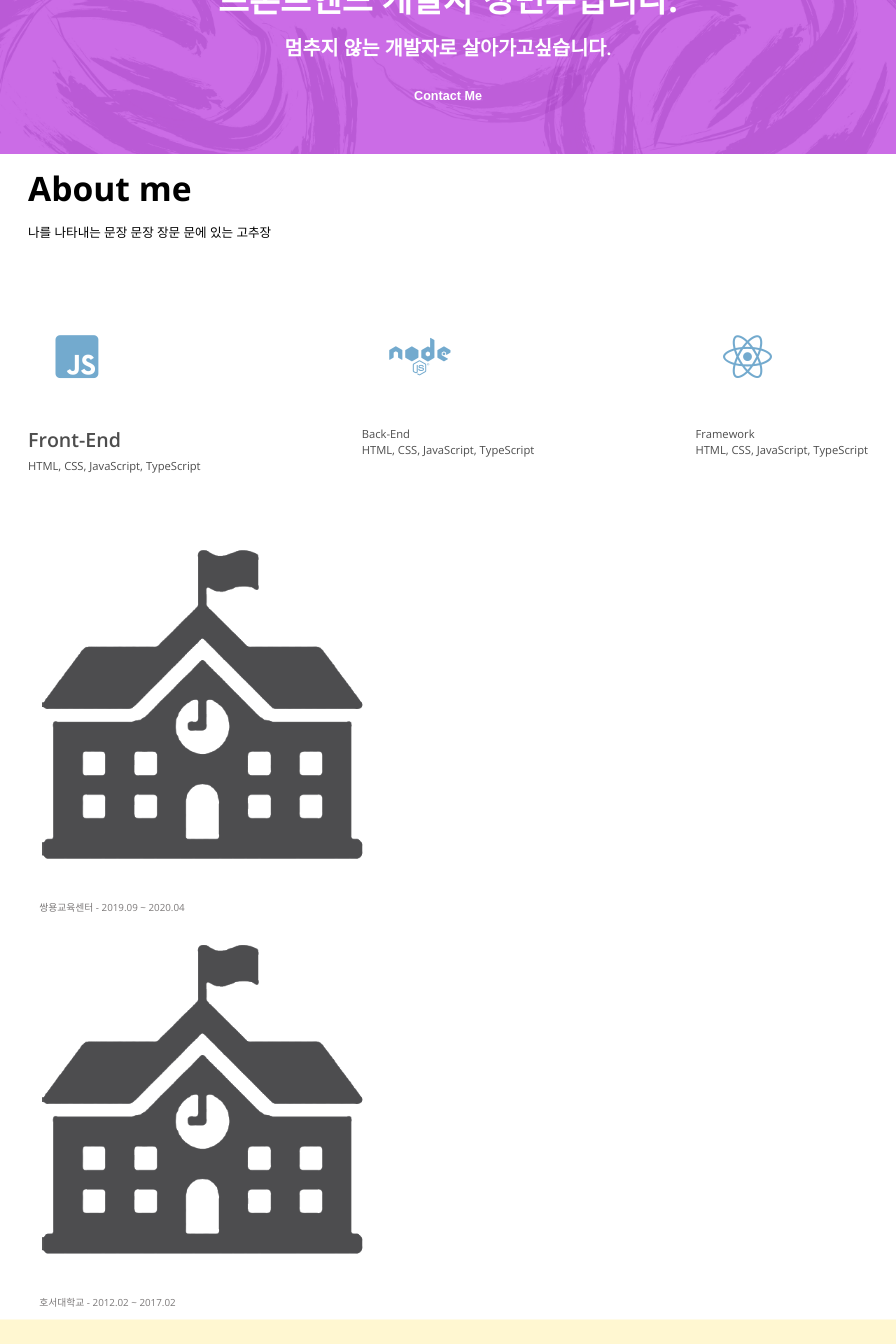
Repository: DevMinwoo-Jung/MinwooPortfolio
Page: index.html
These files come from the project's save history. The page is drawn as it stood at one moment and after the next save; the edit follows.
The browser window is 1280 px wide. The pictures show the part of the page from y = 560 to 2480 px (the page is 5239 px tall before and 5339 px after), at 70% of full size.

Above is the page before, as saved 2021-06-01 11:51:44.

### index.html
<!DOCTYPE html>
<html lang="en">
<head>
  <meta charset="UTF-8">
  <meta http-equiv="X-UA-Compatible" content="IE=edge">
  <meta name="viewport" content="width=device-width, initial-scale=1.0">
  <title>Minwoo's Portfolio</title>
  <meta name="description" content="(will be) world-renowned Front-End Web developer Minwoo">
  <meta name="author" content= "Minwoo Jung">
  <link rel="icon" type ="image/png" href="imgs/favicon.png">
  <link rel="stylesheet" href="https://use.fontawesome.com/releases/v5.15.3/css/all.css" integrity="sha384-SZXxX4whJ79/gErwcOYf+zWLeJdY/qpuqC4cAa9rOGUstPomtqpuNWT9wdPEn2fk" crossorigin="anonymous">
  <link rel="preconnect" href="https://fonts.gstatic.com">
<link href="https://fonts.googleapis.com/css2?family=Open+Sans:wght@400;600;700&display=swap" rel="stylesheet">
<link rel="stylesheet" href="style.css">
<script src="main.js" defer></script>
</head>
<body>
  <!-- Navbar -->
  <nav id="navbar">
    <div class="navbar__logo">
      <img src="imgs/favicon.png" alt="">
      <a href="#">Minwoo</a>
    </div>
    <div class="navbar__menu">
      <ul class="navbar__menu">
        <li class="navbar__menu__item active">Home</li>
        <li class="navbar__menu__item">About</li>
        <li class="navbar__menu__item">Skills</li>
        <li class="navbar__menu__item">My work</li>
        <li class="navbar__menu__item">Testimonial</li>
        <li class="navbar__menu__item">Contact</li>
      </ul>
    </div>
  <!-- Toggle Button -->
      <button class="navbar__toggle-btn">
        <i class="fas fa-bars"></i>
      </button>
  </nav>


  <!-- Home -->
  <section id="home">
    <img src="imgs/myPhoto.jpg" alt="Minwoo's profile photo" class="home__avatar">
    <h1 class="home__title">반갑습니다. <br> 프론트엔드 개발자 정민우입니다.</h1>
    <h2 class="home__description">멈추지 않는 개발자로 살아가고싶습니다.</h2>
    <button class="home__contact">Contact Me</button>
  </section>
  <!-- About -->
  <section id="about" class="section__container">
    <h1>About me</h1>
    <p>나를 나타내는 문장 문장 장문 문에 있는 고추장</p>
    <div class="aoubt__majors">
      <div class="major">
        <div class="major__icon">
          <i class="fab fa-js-square"></i>
        </div>
        <h2 class="major__title">Front-End</h2>
        <div class="major__description">
          HTML, CSS, JavaScript, TypeScript
        </div>
      </div>
      <div class="major">
        <div class="major__icon">
          <i class="fab fa-node"></i>
        </div>
        <div class="major__title">Back-End</div>
        <div class="major__description">
          HTML, CSS, JavaScript, TypeScript
        </div>
      </div>
      <div class="major">
        <div class="major__icon">
          <i class="fab fa-react"></i>
        </div>
        <div class="major__title">Framework</div>
        <div class="major__description">
          HTML, CSS, JavaScript, TypeScript
        </div>
      </div>
    </div>
    <div class="aoubt__jobs">
      <div class="job">
        <img src="imgs/school.png" alt="" class="job__logo">
      </div>
      <div class="job__description">
        <p class="job__period">쌍용교육센터 - 2019.09 ~ 2020.04</p>
      </div>
      <div class="job">
        <img src="imgs/school.png" alt="" class="job__logo">
      </div>
      <div class="job__description">
        <p class="job__period">호서대학교 - 2012.02 ~ 2017.02</p>
      </div>
    </div>



  </section>
  <!-- Skills -->
  <section id="skills" class="section">
    <div class="section__container">
      <h1>Skills</h1>
      <h2>Skills & Attributes</h2>
      <p>
        나를 잘 포장할 말을 쓰면 된다
      </p>
      <div class="skillset">
        <div class="skillset__left">
          <h3 class="skillset__title">Skills</h3>
          <div class="skill">
            <div class="skill__description">
              <span>HTML</span>
              <span>90%</span>
            </div>
            <div class="skill__bar">
              <div class="skill__value" style="width: 99%;"></div>
            </div>
          </div>
          <div class="skill">
            <div class="skill__description">
              <span>JavaScript</span>
              <span>90%</span>
            </div>
            <div class="skill__bar">
              <div class="skill__value"  style="width: 99%;"></div>
            </div>
          </div>
          <div class="skill">
            <div class="skill__description">
              <span>CSS</span>
              <span>90%</span>
            </div>
            <div class="skill__bar">
              <div class="skill__value"  style="width: 90%;"></div>
            </div>
          </div>
          <div class="skill">
            <div class="skill__description">
              <span>TypeScript</span>
              <span>90%</span>
            </div>
            <div class="skill__bar">
              <div class="skill__value"  style="width: 85%;"></div>
            </div>
          </div>
          <div class="skill">
            <div class="skill__description">
              <span>NodeJs</span>
              <span>90%</span>
            </div>
            <div class="skill__bar">
              <div class="skill__value"  style="width: 80%;"></div>
            </div>
          </div>
        </div>
        <div class="skillset__right">
          <div class="tools">
            <h3 class="skillset__title">Tools</h3>
            <ul class="tools__list">
              <li><span>Visual Studio Code</span></li>
              <li><span>1</span></li>
              <li><span>2</span></li>
              <li><span>3</span></li>
              <li><span>4</span></li>
            </ul>
          </div>
          <div class="etc">
            <h3 class="skillset__title">Etc</h3>
            <ul class="etc__list">
              <li><span>Git</span></li>
              <li><span>Etc</span></li>
            </ul>
          </div>
        </div>
      </div>
    </div>
  </section>
  <!-- Work -->
  <section id="work" class="section">
<div class="section__container">
  <h1>My work</h1>
  <h3>Projects</h3>
  <div class="work__categories">
    <button class="category__btn active">All <span class="category__count">8</span></button>
    <button class="category__btn">Front-End <span class="category__count">3</span></button>
    <button class="category__btn">React <span class="category__count">2</span></button>
    <button class="category__btn">vanilaJs <span class="category__count">2</span></button>
    <button class="category__btn">nodeJs <span class="category__count">1</span></button>
  </div>
  <div class="work__projects">
    <a href="mygithub" class="project" target="blank" data-type="back-end">
    <img class="project__img" src="imgs/favicon.png" alt="project1">
    <!-- 이미지 추후에 넣자 -->
    <div class="project__description">
      <h3>Proejct</h3>
      <span>Clone coding with HTML and CSS</span>
    </div>
    </a>
    <a href="mygithub" class="project" target="blank" data-type="back-end">
      <img class="project__img" src="imgs/favicon.png" alt="project1">
      <!-- 이미지 추후에 넣자 -->
      <div class="project__description">
        <h3>Proejct</h3>
        <span>Clone coding with HTML and CSS</span>
      </div>
      </a>
      <a href="mygithub" class="project" target="blank" data-type="back-end">
        <img class="project__img" src="imgs/favicon.png" alt="project1">
        <!-- 이미지 추후에 넣자 -->
        <div class="project__description">
          <h3>Proejct</h3>
          <span>Clone coding with HTML and CSS</span>
        </div>
      </a>
      <a href="mygithub" class="project" target="blank" data-type="back-end">
        <img class="project__img" src="imgs/favicon.png" alt="project1">
        <!-- 이미지 추후에 넣자 -->
        <div class="project__description">
          <h3>Proejct</h3>
          <span>Clone coding with HTML and CSS</span>
        </div>
      </a>
      <a href="mygithub" class="project" target="blank" data-type="back-end">
        <img class="project__img" src="imgs/favicon.png" alt="project1">
        <!-- 이미지 추후에 넣자 -->
        <div class="project__description">
          <h3>Proejct</h3>
          <span>Clone coding with HTML and CSS</span>
        </div>
      </a>
      <a href="mygithub" class="project" target="blank" data-type="back-end">
        <img class="project__img" src="imgs/favicon.png" alt="project1">
        <!-- 이미지 추후에 넣자 -->
        <div class="project__description">
          <h3>Proejct</h3>
          <span>Clone coding with HTML and CSS</span>
        </div>
      </a>
      <a href="mygithub" class="project" target="blank" data-type="back-end">
        <img class="project__img" src="imgs/favicon.png" alt="project1">
        <!-- 이미지 추후에 넣자 -->
        <div class="project__description">
          <h3>Proejct</h3>
          <span>Clone coding with HTML and CSS</span>
        </div>
      </a>
      <a href="mygithub" class="project" target="blank" data-type="back-end">
        <img class="project__img" src="imgs/favicon.png" alt="project1">
        <!-- 이미지 추후에 넣자 -->
        <div class="project__description">
          <h3>Proejct</h3>
          <span>Clone coding with HTML and CSS</span>
        </div>
      </a>
  </div>
</div>
  </section>
  <!-- Testimonials -->
  <section id="testimonials" class="section">
<div class="section__container">
  <h1>Testmonials</h1>
  <h3>See what they say about me</h3>
  <div class="testimonials">
    <div class="testimonial">
      <img src="imgs/testimonail/people.jpg" alt="" class="testimonial__avatar">
      <div class="testimonail__speech-bubble">
        <p>Lorem Ipsum is simply dummy text of the printing and typesetting industry. Lorem Ipsum has been the industry's standard dummy text ever since the 1500s, when an unknown printer took a galley of type and scrambled it to make a type specimen book. It has survived not only five centuries, but also the leap into electronic typesetting, remaining essentially unchanged. It was popularised in the 1960s with the release of Letraset sheets containing Lorem Ipsum passages, and more recently with desktop publishing software like Aldus PageMaker including versions of Lorem Ipsum.</p>
        <p class="name"><a href="">이름</a>일한곳</p>
      </div>
    </div>
    <div class="testimonial">
      <div class="testimonail__speech-bubble">
        <p>Lorem Ipsum is simply dummy text of the printing and typesetting industry. Lorem Ipsum has been the industry's standard dummy text ever since the 1500s, when an unknown printer took a galley of type and scrambled it to make a type specimen book. It has survived not only five centuries, but also the leap into electronic typesetting, remaining essentially unchanged. It was popularised in the 1960s with the release of Letraset sheets containing Lorem Ipsum passages, and more recently with desktop publishing software like Aldus PageMaker including versions of Lorem Ipsum.</p>
        <p class="name"><a href="">이름</a>일한곳</p>
      </div>
      <img src="imgs/testimonail/people.jpg" alt="" class="testimonial__avatar">
    </div>
  </div>
</div>
  </section>
  <!-- Contact -->
  <section id="contact" class="section">
    <h1 class="contact__title">Let's talk</h1>
    <h2 class="contact__email">applejung312@gmail.com</h2>
    <div class="contact__links">
      <a href="https://github.com/DevMinwoo-Jung" target="_blank">
        <i class="fab fa-github"></i>
      </a>
      <a href="https://dev-minwoo.tistory.com/" target="_blank">
        <i class="fas fa-blog"></i>
      </a>
    </div>
    <p class="contact__right">
      2021 Minwoo Jung - All rights reseverd
    </p>
  </section>
</body>
</html>

### style.css
/* Global */
:root {
  /* Color */
  --color-white: #ffffff;
  --color-light-white: #eeeeee;
  --color-dark-white: #bdbdbd;
  --color-pink: #fe918d;
  --color-dark-pink: #ff6863;
  --color-dark-grey: #4d4d4d;
  --color-grey: #616161;
  --color-light-grey: #7c7979;
  --color-blue: #73aace;
  --color-yellow: #fff7d1;
  --color-orange: #feb546;
  --color-black: #000000;
  --color-dard-purple: rgb(78, 23, 69);

  /* Font size */
  --font-large: 48px;
  --font-medium: 28px;
  --font-regular: 18px;
  --font-small: 16px;
  --font-micro: 14px;

  /* Font weight */
  --weight-bold: 700;
  --weight-semi-bold: 600;
  --weight-regular: 400;

  /* Size */
  --size-border-radius: 4px;

  /* Animation Duration */
  --animation-duration: 300ms;
}

/* Universal tags */
* {
  box-sizing: border-box;
}

/* Typography */
h1 {
  font-size: var(--font-large);
  font-weight: var(--weight-bold);
  color: var(--color-black);
  margin: 16px 0px;
}

h2 {
  font-size: var(--font-medium);
  font-weight: var(--weight-semi-bold);
  color: var(--color-black);
  margin: 8px 0;
}

h3 {
  font-size: var(--font-regular);
  font-weight: var(--weight-regular);
  color: var(--color-black);
  margin: 8px 0;
}

p {
  font-size: var(--font-regular);
  font-weight: var(--weight-regular);
  color: var(--color-black);
  margin: 16px 0;
}

body {
  margin: 0;
  font-family: "Open Sans", sans-serif;
  cursor: default;
}

a {
  text-decoration: none;
  color: var(--color-white);
}

ul {
  list-style: none;
  padding-left: 0;
}

li {
  list-style: none;
}

button {
  background-color: transparent;
  cursor: pointer;
  border: none;
  outline: none;
}

/* Navbar */
#navbar {
  display: flex;
  justify-content: space-between;
  background-color: purple;
  align-items: center;
  padding: 16px;
}

.navbar__menu {
  display: flex;
}

.navbar__menu__item {
  padding: 8px 12px;
  margin: 0 4px;
  cursor: pointer;
  color: var(--color-white);
}

.navbar__menu__item.active {
  border: 1px solid var(--color-white);
  border-radius: var(--size-border-radius);
}

.navbar__menu__item:hover {
  background-color: var(--color-dard-purple);
  border-radius: var(--size-border-radius);
}

.navbar__logo {
  font-size: var(--font-medium);
  font-weight: var(--weight-semi-bold);
  color: white;
}

.navbar__logo img {
  height: 100px;
  width: 100px;
}

.navbar__logo a {
  position: relative;
  bottom: 35px;
}

.navbar__toggle-btn {
  position: absolute;
  right: 32px;
  font-size: 24px;
  color: var(--color-white);
  top: 24px;
  display: none;
}

/* Home */
#home {
  background: url("imgs/background\ Img.png") center/cover no-repeat;
  padding: 40px;
  text-align: center;
}

.home__avatar {
  width: 250px;
  height: 250px;
  border-radius: 50%;
  border: 2px solid var(--color-white);
}

.home__title,
.home__description {
  color: var(--color-white);
}

.home__contact {
  color: var(--color-white);
  font-size: var(--font-regular);
  font-weight: var(--weight-bold);
  margin: 24px;
  padding: 8px 12px;
  border: 2px solid (var(--color-white));
  border-radius: var(--size-border-radius);
}

/* Section common */
.section {
  margin: auto;
  padding: 50px;
  text-align: center;
}

.section__container {
  max-width: 1200px;
  margin: auto;
}

/* About */
.aoubt__majors {
  display: flex;
  justify-content: space-between;
  margin: 80px 0;
}

.major__icon {
  width: 170px;
  height: 170px;
  font-size: 70px;
  line-height: 170px;
  margin: auto;
  border: 1px solid var(--color-white);
  border-radius: 50%;
  margin-bottom: 16px;
  color: var(--color-blue);
}

.major__icon i {
  transition: all var(--animation-duration) ease;
}

.major__icon:hover i {
  color: var(--color-pink);
  transform: rotate(-30deg) scale(1.1);
}

/*
.major__icon i:hover{
  이렇게하면 i에 올려났을때만 변하지만
  위처럼하면 icon에 올렸을때 i만 변한다
  color: var(--color-pink);
  transform: rotate(-30deg) scale(1.1);
} */

.major__title,
.major__description {
  color: var(--color-dark-grey);
}

.major__description {
  font-size: var(--font-small);
}

.job {
  display: flex;
  align-items: center;
}

.job__description {
  margin: 0 16px;
  text-align: left;
}

.job__name,
.job__period {
  color: var(--color-light-grey);
}

.job__name {
  font-size: var(--font-small);
}

.job__period {
  font-size: var(--font-micro);
}

/* Skill */
#skills {
  background-color: var(--color-yellow);
}

.skillset {
  display: flex;
  background-color: var(--color-light-grey);
  color: var(--color-light-white);
  margin: 20px 0;
}

.skillset__title {
  color: var(--color-white);
}

.skillset__left {
  flex-basis: 60%;
  background-color: var(--color-dark-grey);
  color: var(--color-white);
  padding: 20px 40px;
}

.skill__description {
  display: flex;
  justify-content: space-between;
}

.skillset__right {
  flex-basis: 40%;
}

.tools {
  background-color: var(--color-grey);
}

.skill__bar {
  width: 100%;
  height: 3px;
  background-color: var(--color-grey);
}

.skill {
  margin-bottom: 32px;
}

.skill__value {
  height: 3px;
  background-color: var(--color-orange);
}

.tolls,
.etc {
  padding: 20px;
}

/* Work */
.work__categories {
  margin: 40px;
}

.category__btn {
  border: 1px solid var(--color-dark-grey);
  border-radius: var(--size-border-radius);
  font-size: var(--font-regular);
  padding: 8px 48px;
}

.category__btn.active,
.category__btn:hover {
  background-color: var(--color-pink);
  color: var(--color-white);
}

.category__btn.active,
.category__count,
.category__btn:hover .category__count {
  opacity: 1;
  top: 0;
}
.category__count {
  background-color: var(--color-orange);
  border-radius: 50%;
  color: var(--color-white);
  width: 24px;
  height: 24px;
  display: inline-block;
  line-height: 24px;
  position: relative;
  top: -20px;
  left: 4px;
  opacity: 0;
  transition: all var(--animation-duration);
}

.work__projects {
  display: flex;
  flex-wrap: wrap;
  justify-content: center;
}

.project {
  width: 280px;
  display: flex;
  justify-content: center;
  align-items: center;
  height: 250px;
  margin: 2px;
  background-color: var(--color-light-white);
  position: relative;
}

.project__img {
  max-width: 100%;
  max-height: 100%;
}

.project__description {
  position: absolute;
  top: 0;
  left: 0;
  width: 100%;
  height: 100%;
  display: flex;
  flex-direction: column;
  justify-content: center;
  opacity: 0;
  transition: all var(--animation-duration) ease-in;
}

.project:hover .project__description {
  opacity: 0.8;
  transform: translateY(0px);
}

.project__description h3 {
  color: var(--color-white);
}

.project__description h3:after {
  content: "";
  width: 25px;
  height: 25px;
  display: block;
  position: relative;
  left: 50%;
  margin-left: -12px;
  background-color: var(--color-dark-white);
}

/* Testimonial */
#testimonials {
  background-color: var(--color-dark-white);
}

.testimonials {
  margin: 40px;
}

.testimonial {
  display: flex;
  margin: 32px 0;
}

.testimonial__avatar {
  width: 150px;
  height: 150px;
  border-radius: 50%;
}

.testimonial__avatar:nth-child(odd) {
  margin-right: 40px;
}

.testimonial__avatar:nth-child(even) {
  margin-left: 40px;
}

.testimonail__speech-bubble {
  padding: 18px;
  background-color: var(--color-white);
  border-radius: var(--size-border-radius);
}

.testimonail__speech-bubble p {
  color: var(--color-light-grey);
}

.testimonail__speech-bubble a {
  color: var(--color-pink);
}

/* Contact */

#contact {
  background-color: var(--color-pink);
}

.contact__title,
.contact__email,
.contact__rights {
  color: var(--color-white);
}

.contact__title {
  margin: 32px 0;
}

.contact__links {
  font-size: var(--font-large);
  margin: 24px 0;
}

.contact__links i:hover {
  transform: scale(1.1);
  color: var(--color-yellow);
  transition: all var(--animation-duration) ease-in;
}

@media screen and (max-width: 768px) {
  .navbar__toggle-btn {
    display: block;
  }
  #navbar {
    flex-direction: column;
    align-items: flex-start;
  }
  .navbar__menu {
    flex-direction: column;
    text-align: center;
    width: 100%;
    display: none;
  }

  .about__majors {
    flex-direction: column;
  }

  .major {
    margin-bottom: 38px;
  }

  .skillset {
    flex-direction: column;
  }

  .project {
    flex-grow: 1;
  }

  .testimonail__avatar {
    width: 80px;
    height: 80px;
  }
}

Loaded but not shown: main.js (no copy from this time; the picture is the same without it)

After the next save:
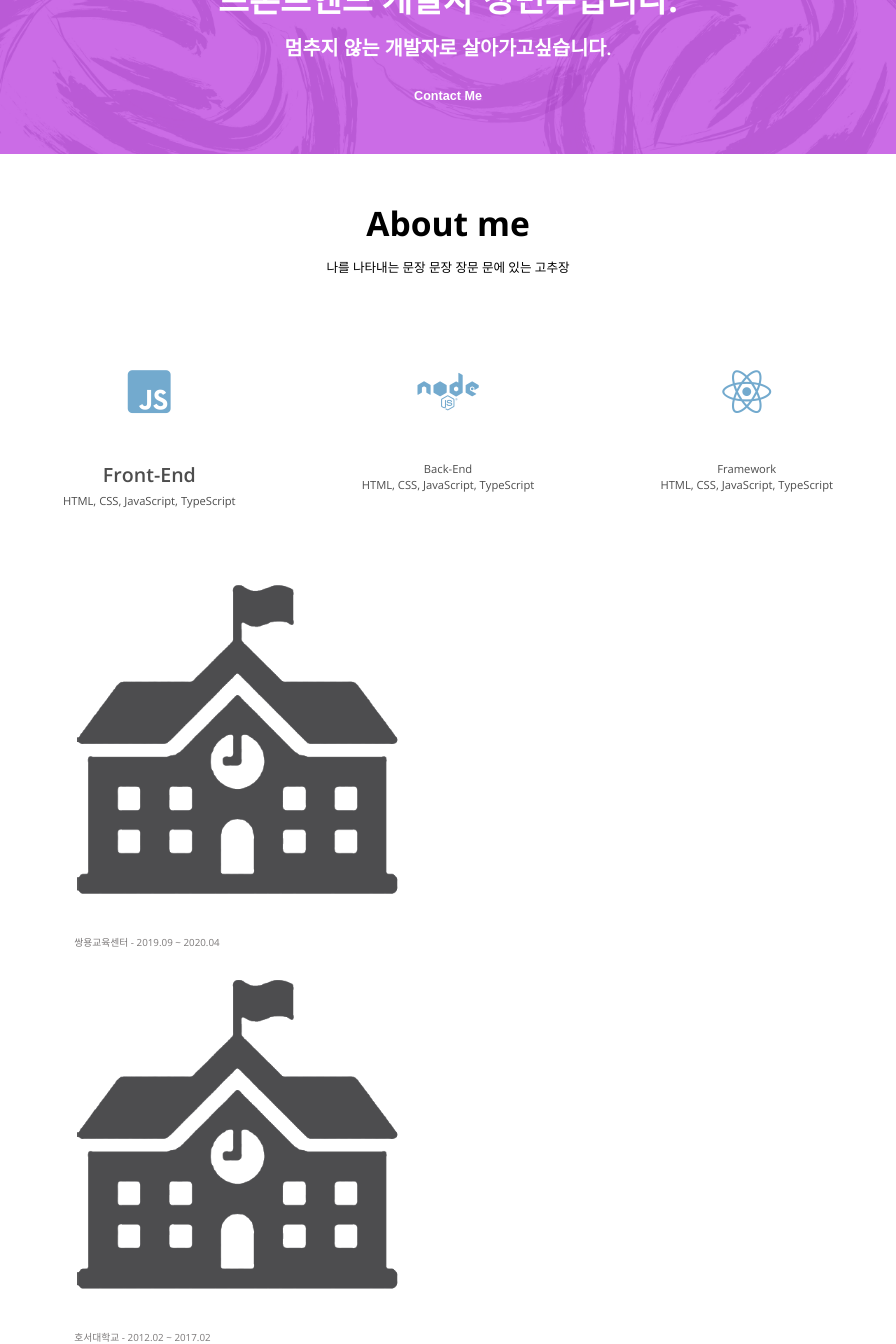
Saved 78 s later.
--- a/index.html
+++ b/index.html
@@ -46,7 +46,7 @@
     <button class="home__contact">Contact Me</button>
   </section>
   <!-- About -->
-  <section id="about" class="section__container">
+  <section id="about" class="section section__container">
     <h1>About me</h1>
     <p>나를 나타내는 문장 문장 장문 문에 있는 고추장</p>
     <div class="aoubt__majors">
